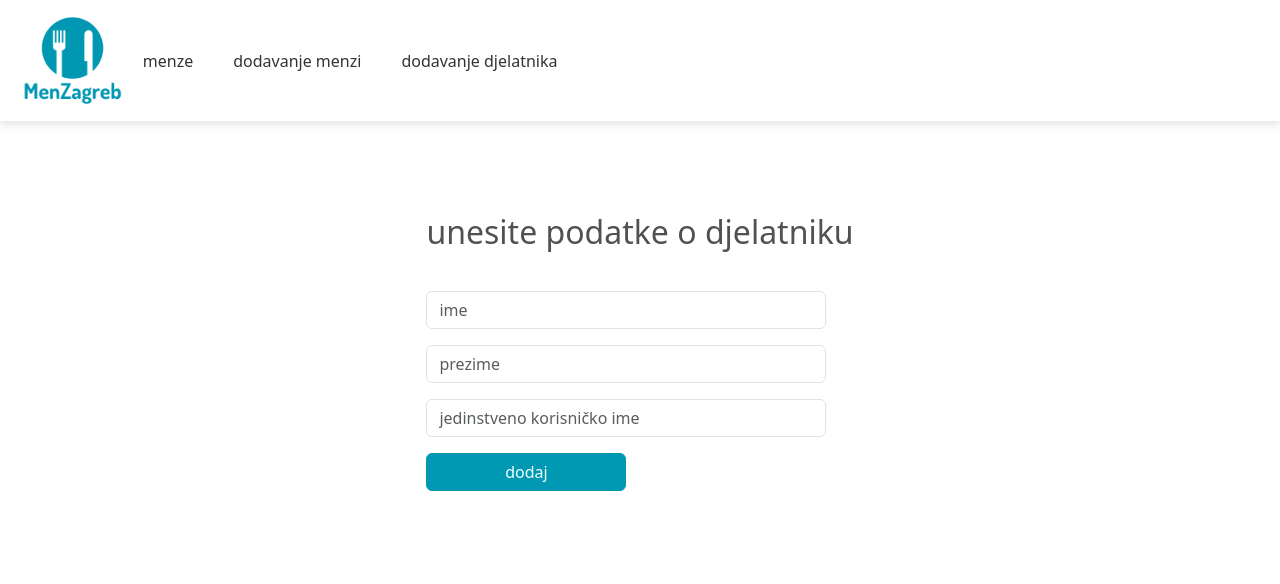
Repository: MENZG/menZg
Page: /admin/dodajDjelatnika (app in IzvorniKod/)
An editor plug-in stored every save of this project. The page is shown before and after the next save, followed by the edit.
The browser window is 1280 px wide. The pictures show the whole page.
The project was rebuilt for these pictures with package versions that can differ from the ones it lists, and the page was loaded fresh each time. Also part of the build but not shown: IzvorniKod/vite.config.ts, IzvorniKod/src/Components/LoginForm.tsx, IzvorniKod/src/Components/AdminLogin.tsx, IzvorniKod/src/Components/EmployeeLogin.tsx, IzvorniKod/src/Components/NavBar.tsx, IzvorniKod/src/Components/ListaMenza.tsx, IzvorniKod/src/Components/Profil.tsx, IzvorniKod/src/Components/AddMenza.tsx and 5 more.

Above is the page before, as saved 2024-11-06 20:34:24.

After the next save:
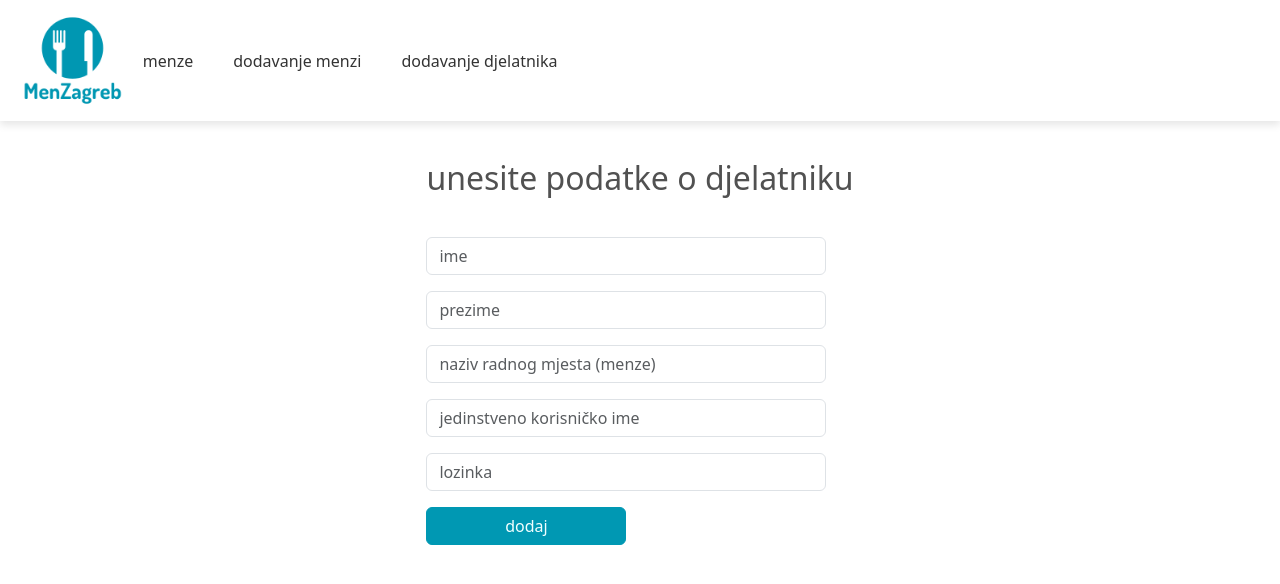
Saved 65 s later.
--- a/IzvorniKod/src/Components/AddEmployee.tsx
+++ b/IzvorniKod/src/Components/AddEmployee.tsx
@@ -28,7 +28,23 @@ const AddEmployee = () => {
             <Form.Control
               className="form-control"
               type="text"
+              placeholder="naziv radnog mjesta (menze)"
+            />
+          </Form.Group>
+
+          <Form.Group className="mb-3">
+            <Form.Control
+              className="form-control"
+              type="text"
               placeholder="jedinstveno korisničko ime"
+            />
+          </Form.Group>
+
+          <Form.Group className="mb-3">
+            <Form.Control
+              className="form-control"
+              type="text"
+              placeholder="lozinka"
             />
           </Form.Group>
 
